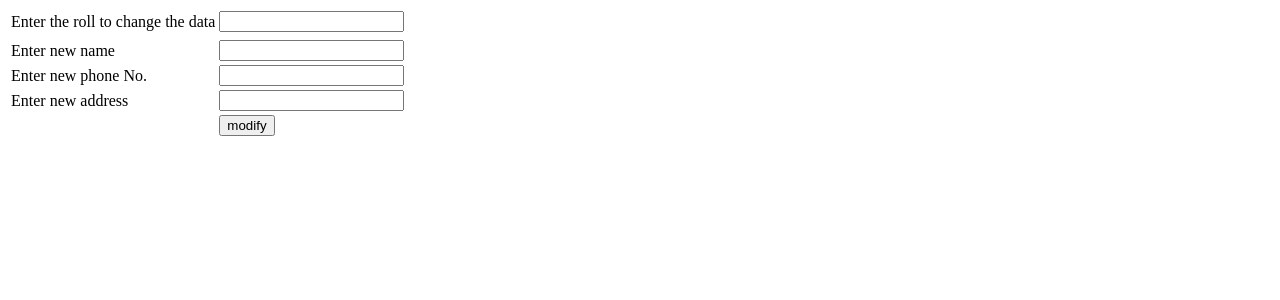
Repository: jks2127/SMS-webApp
Page: sms 1.2/WebContent/Modify.html
These files come from the project's save history. The page is drawn as it stood at one moment and after the next save; the edit follows.
The browser window is 1280 px wide. The pictures show the whole page.

Above is the page before, as saved 2021-06-13 10:58:00.

### sms 1.2/WebContent/Modify.html
<!DOCTYPE html>
<html>
<head>
<meta charset="ISO-8859-1">
<title>Insert title here</title>
</head>
<body>
	<form action="Modify" method="post">
		<table>
			<tr>
				<td>Enter the roll to change the data</td>
				<td><input type="number" name="st_roll"></td>
			</tr>

			<tr></tr>
			<tr></tr>
			<tr>
				<td>Enter new name</td>
				<td><input type="text" name="st_name"></td>
			</tr>
			<tr>
				<td>Enter new phone No.</td>
				<td><input type="number" name="st_phone"></td>
			</tr>
			<tr>
				<td>Enter new address</td>
				<td><input type="text" name="st_address"></td>
			</tr>
			<tr>
				<td></td>
				<td><button type="submit">modify</button></td>
			</tr>

		</table>
	</form>

</body>
</html>

After the next save:
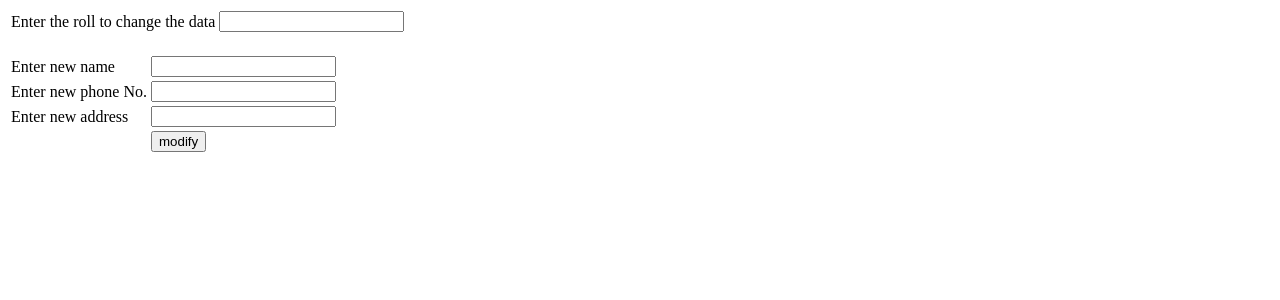
Saved 83 s later.
--- a/sms 1.2/WebContent/Modify.html
+++ b/sms 1.2/WebContent/Modify.html
@@ -12,8 +12,9 @@
 				<td><input type="number" name="st_roll"></td>
 			</tr>
 
-			<tr></tr>
-			<tr></tr>
+		</table>
+		</br>
+		<table>
 			<tr>
 				<td>Enter new name</td>
 				<td><input type="text" name="st_name"></td>
